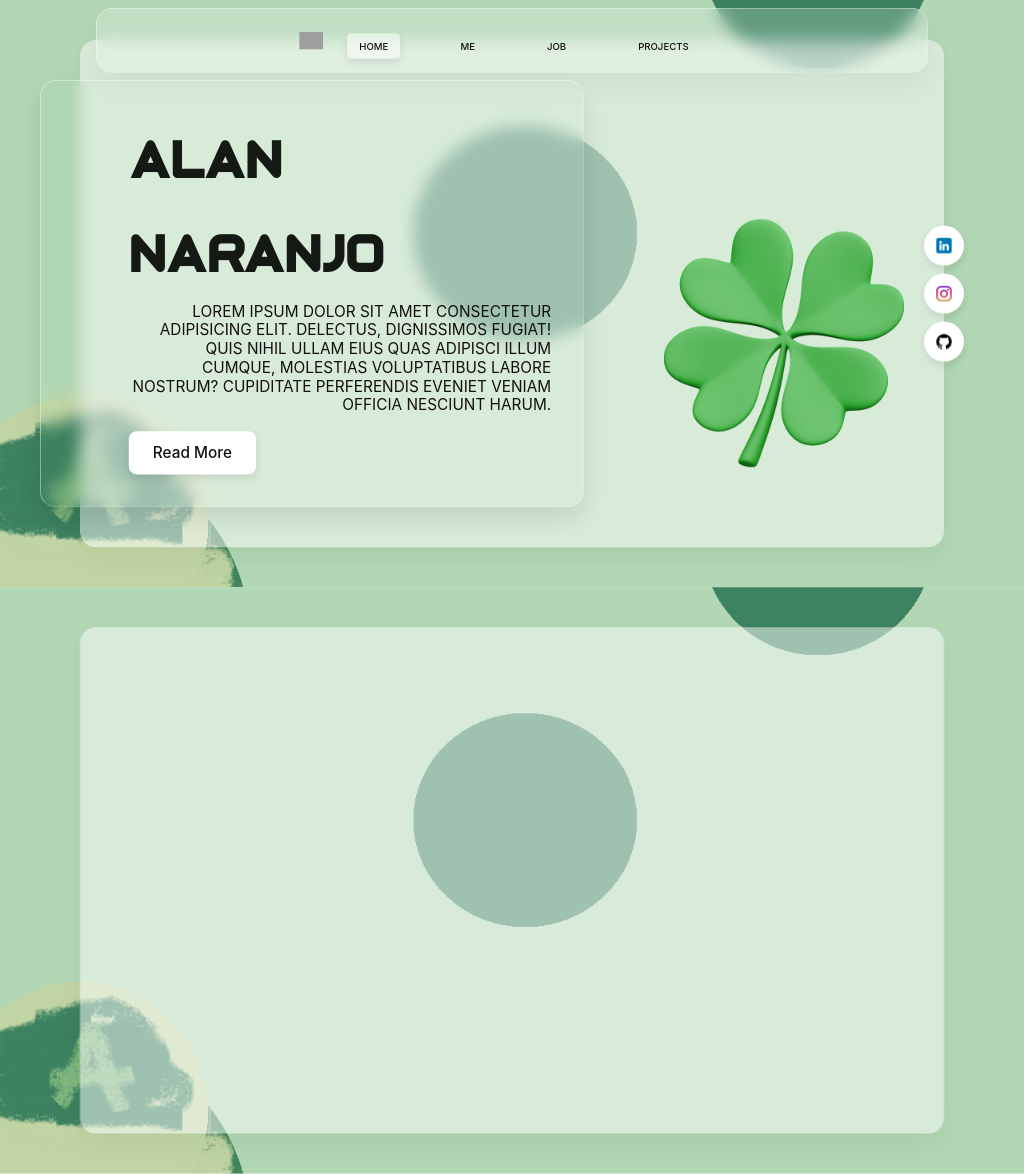
Repository: L-A-M-J-O/Me-sitio-Web
Page: / (app in my-project/)
The author's editor kept a copy of each file at every save. The page is drawn from the files as they stood at one save, then again after the next save.
The browser window is 1280 px wide. The pictures show the whole page, at 80% of full size.
Pictures or frames that could not be fetched are drawn as grey boxes. Backgrounds fixed to the window are drawn as part of the page. The project was rebuilt for these pictures with package versions that can differ from the ones it lists, and the page was loaded fresh each time.

Above is the page before, as saved 2022-09-19 16:41:38.

### my-project/src/App.jsx
import './App.css';
import Me from './components/Me/Me';

import Navbar from './components/Navbar/Navbar'


function App() {
  return (
    <>
      <Navbar/>
      <Me/>
    </>


  );
}

export default App;

### my-project/src/App.css
 * {
    margin: 0;
    padding: 0;
    box-sizing: border-box;
 }

### my-project/src/components/Me/Me.jsx
import React from 'react'

import '../Me/Me.css'

function Me() {
  return (
    <section id='me' className='section-me'>
      <div className='container-m'>

      </div>
    </section>
  )
}

export default Me

### my-project/src/components/Navbar/Navbar.jsx
import React from 'react'

import {Link} from 'react-scroll'

import logotipo from '../../assets/img/logotipo.png'
import icon from '../../assets/img/icon.png'
import instagram from '../../assets/img/instagram.png'
import linkedin from '../../assets/img/linkedin.png'
import github from '../../assets/img/github.png'

import '../Navbar/Navbar.css'


function Navbar() {
  return (
    <section id='nav'>
      <div className='container-m'>
        <header>
          <Link to='nav' className='logo'><img src={ icon} alt='icon' width={30}/></Link>
          <ul>
            <li><Link to='nav' className='active'>Home</Link></li>
            <li><Link to='me' href='#' className=''>Me</Link></li>
            <li><Link href='#' className=''>Job</Link></li>
            <li><Link href='#' className=''>Projects</Link></li>
          </ul>
        </header>
        <div className='content'>
          <h2>Alan Naranjo</h2>
          <p>Lorem ipsum dolor sit amet consectetur adipisicing elit. Delectus, dignissimos fugiat! Quis nihil ullam eius quas adipisci illum cumque, molestias voluptatibus labore nostrum? Cupiditate perferendis eveniet veniam officia nesciunt harum.</p>
          <Link href='#'>Read More</Link>
        </div>
        <div className='img-icon'>
          <img src={ logotipo } alt='logotipo'/>
        </div>
        <ul className='sci'>
          <li><Link href='#'><img src={linkedin} alt='linkedin'/></Link></li>
          <li><Link href='#'><img src={instagram} alt='instagram'/></Link></li>
          <li><Link href='#'><img src={github} alt='github'/></Link></li>
        </ul>
      </div>
    </section>
  )
}

export default Navbar

### my-project/src/components/Me/Me.css
section-me {
    background-color: black;
}


.container-m{
    position: relative;
    width: calc(100% - 100px);
    height: 88vh;
    background-color: rgba(255, 255, 255, 0.5);
    box-shadow:  0 15px 35px rgba(0, 0, 0, 0.05);
    border-radius: 20px;
    display: flex;
    justify-content: space-between;
    align-items: center;
    padding: 50px;
}

### my-project/src/components/Navbar/Navbar.css
@font-face {
    font-family: Osiris;
    src: url(../../assets//img/Osiris.otf);
}

section {
    display: flex;
    justify-content: center;
    align-items: center;
    min-height: 100vh;
    background-image: url(../../assets/img/banner.png);
    background-position: center;
    background-attachment: fixed;
    padding: 50px;
}
.container-m{
    position: relative;
    width: calc(100% - 100px);
    height: 88vh;
    background-color: rgba(255, 255, 255, 0.5);
    box-shadow:  0 15px 35px rgba(0, 0, 0, 0.05);
    border-radius: 20px;
    display: flex;
    justify-content: space-between;
    align-items: center;
    padding: 50px;
}
header {
    position: absolute;
    top: -40px;
    right: 20px;
    left: 20px;
    padding: 20px 50px;
    display: flex;
    justify-content: center;
    align-items: baseline;
    background: rgba(255, 255, 255, 0.2);
    box-shadow:  0 15px 35px rgba(0, 0, 0, 0.05);
    border-radius: 20px;
    backdrop-filter: blur(10px);
    border: 1px solid rgba(255, 255, 255, 0.25);
    border-top: 1px solid rgba(255, 255, 255, 0.5);
    border-left: 1px solid rgba(255, 255, 255, 0.5);
}

header .logo {
    color: #140f10;
    font-weight: 700;
    text-decoration: none;
    font-size: 2rem;
}
header ul {
    display: flex;
}
header ul li {
    list-style: none;
    margin:  0 30px;
}
header ul li a {
    border: var(--default-border-width) solid var(--default-border-color);
    border-radius: var(--default-border-radius);
    text-transform: uppercase;
    font-weight: 500;
    font-size: max(12px,.9375vw);
    padding: 0 1.3333em;
    height: 2.5555em;
    line-height: 1.2222222222;
    transition: background-color .15s ease-in-out;
    -webkit-appearance: none;
    appearance: none;
    text-decoration: none;
    color: #140f10;
    padding: 8px 15px;
    border-radius: 25px;
    cursor: pointer;
}
header ul li a:hover,
header ul li a.active {
    border-radius: 5px;
    background-color: #ffffff81;
    color: #140f10;
    box-shadow: 0 5px 10px rgba(0, 0, 0, 0.1);
}

.content {
    transform: translateX(-100px);
    max-width: 700px;
    box-shadow:  0 15px 30px rgba(0, 0, 0, 0.1);
    border-radius: 20px;
    backdrop-filter: blur(10px);
    border: 1px solid rgba(255, 255, 255, 0.25);
    border-top: 1px solid rgba(255, 255, 255, 0.5);
    border-left: 1px solid rgba(255, 255, 255, 0.5);
    padding: 40px;
    padding-left: 110px;
}
.content h2 {
    font-family: Osiris;
    font-size: 4rem;
    line-height: 1.85;
    text-transform: lowercase;
    margin: 0;
    color: #141914;
}
.content p {
    text-align: end;
    border: var(--default-border-width) solid var(--default-border-color);
    border-radius: var(--default-border-radius);
    text-transform: uppercase;
    font-weight: 400;
    font-size: max(12px,.9375vw);
    line-height: 1.2222222222;
    transition: background-color .15s ease-in-out;
    -webkit-appearance: none;
    appearance: none;
    font-size: 1.2em;
    color: #140f10;
}
.content a {
    display: inline-block;
    padding: 15px 30px;
    background: #fff;
    color: #140f10;
    margin-top: 20px;
    border-radius: 10px;
    font-size: 1.2em;
    font-weight: 500;
    text-decoration: none;
    box-shadow:  0 5px 10px rgba(0, 0, 0, 0.1);
}
.img-icon img {
    max-width: 400px;
    animation: animate 5s linear infinite;
}
@keyframes animate {
    0%,100%{
        transform: translateY(50px);
    }
    50% {
        transform: translateY(100px);
    }
}
.sci {
    position: absolute;
    right: -25px;
    display: flex;
    justify-content: center;
    align-items: center;
    flex-direction: column;
}
.sci li {
    list-style: none;
}
.sci li a {
    text-decoration: none;
    width: 50px;
    height: 50px;
    background: #fff;
    display: flex;
    justify-content: center;
    align-items: center;
    border-radius: 50%;
    margin: 5px 0;
    box-shadow: 0 5px 10px rgba(0, 0, 0, 0.1);
}
.sci li a img {
    transform: scale(0.6);
    transition: 0.5s;
}
sci li:hover a img {
    transform: scale(0.6) rotate(360deg);
}

Loaded but not shown: my-project/src/index.js (common file); my-project/src/index.css (common file); my-project/src/reportWebVitals.js (common file)

After the next save:
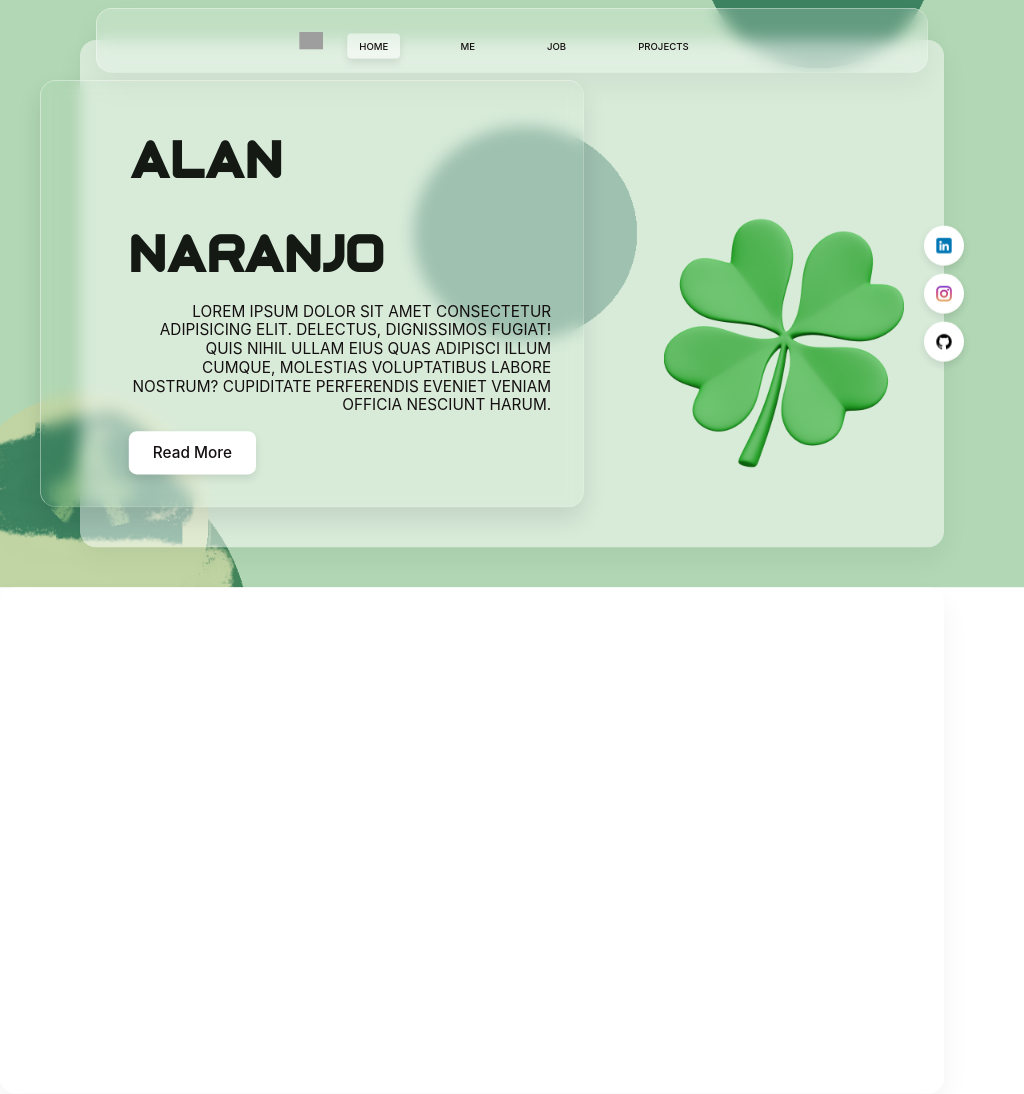
Saved 9 s later.
--- a/my-project/src/components/Me/Me.jsx
+++ b/my-project/src/components/Me/Me.jsx
@@ -4,11 +4,11 @@ import '../Me/Me.css'
 
 function Me() {
   return (
-    <section id='me' className='section-me'>
+    <div id='me' className='section-me'>
       <div className='container-m'>
 
       </div>
-    </section>
+    </div>
   )
 }
 
